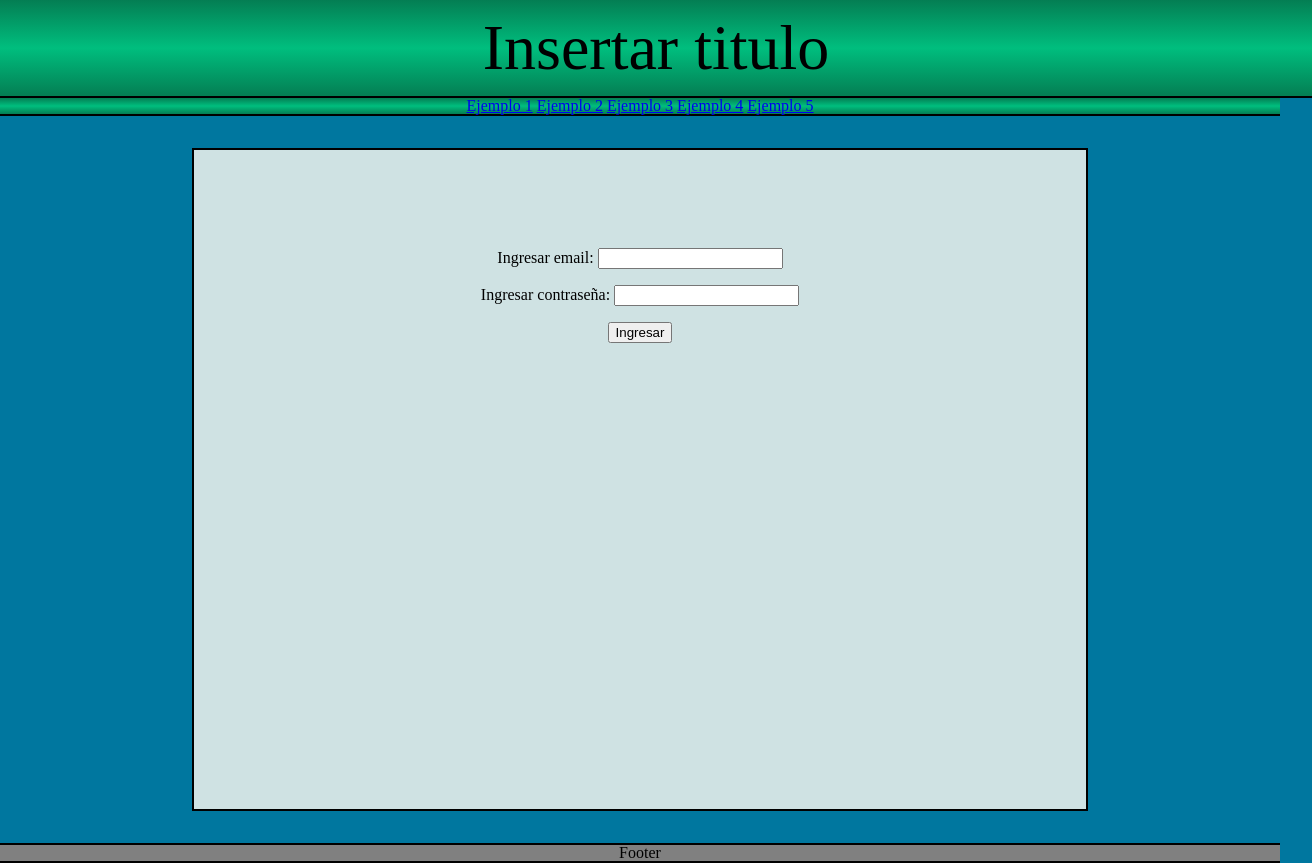
Repository: FacundoKinderknecht/Parcial-2-LPPA
Page: login/login.html
An editor plug-in stored every save of this project. The page is shown before and after the next save, followed by the edit.
The browser window is 1280 px wide. The page is 1312 px wide, so the pictures cover 1312 px, including what lies to the right of the window. The pictures show the whole page.

Above is the page before, as saved 2022-07-06 10:29:52.

After the next save:
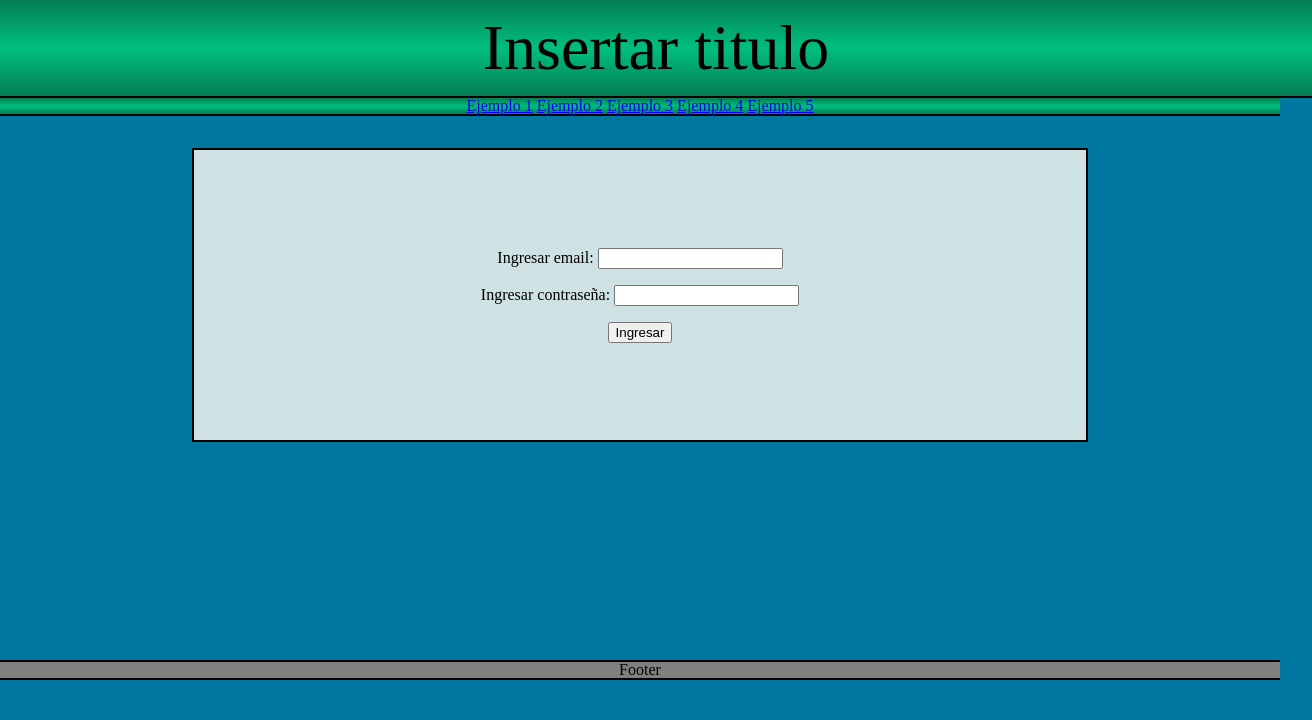
Saved 20 s later.
--- a/login/login.css
+++ b/login/login.css
@@ -27,12 +27,11 @@ main{
     display: inline-block;
     width: 70%;
     padding: 2rem;
+    height: 30rem;
 }
 form{
     background-color: rgb(207, 226, 227);  border: black solid 2px;
     padding: 10%;
-
-    height: 30rem;
 }
 div{
     padding: 0.5rem;
